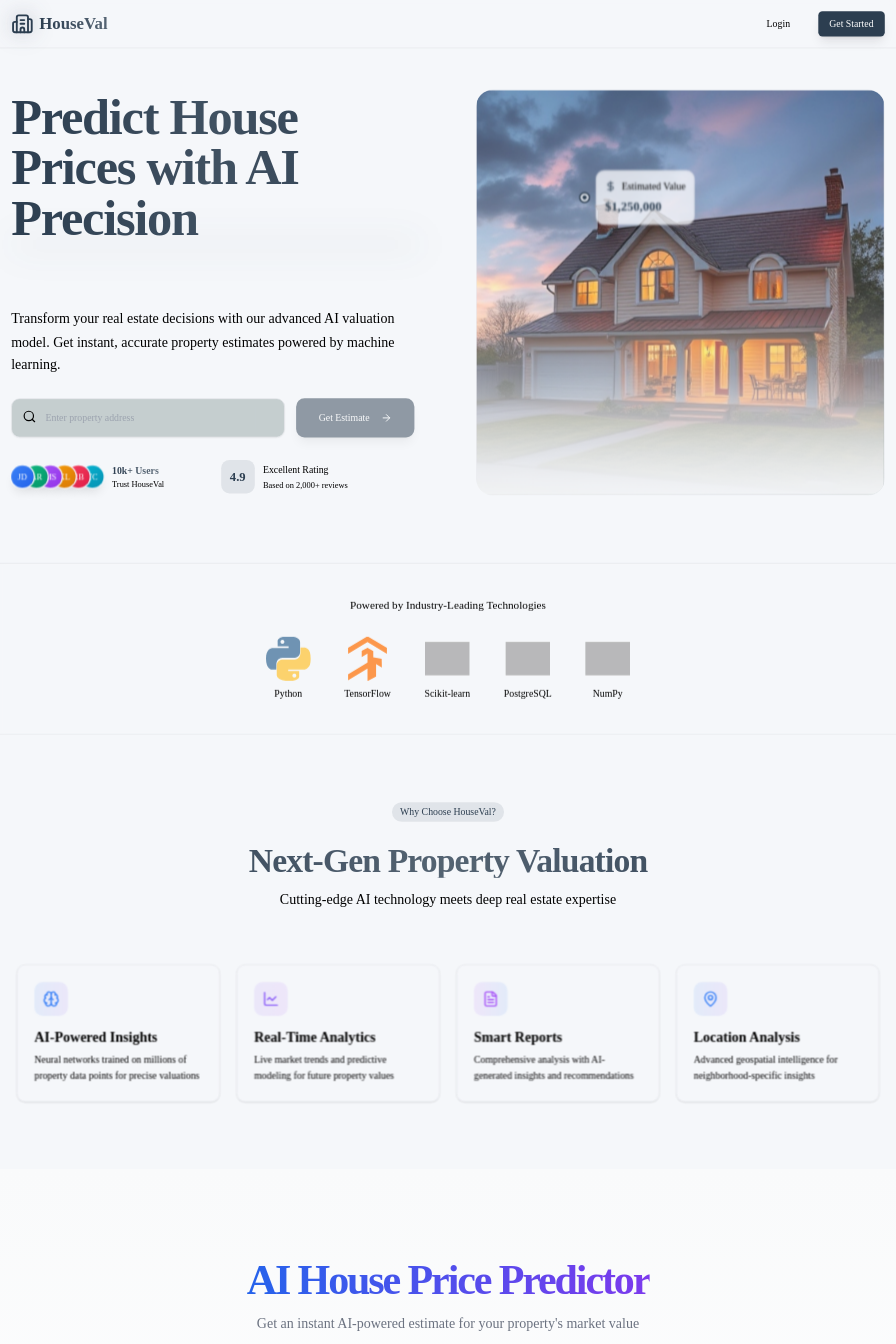
Repository: Rayyy-dev/HouseVal
Page: /
The author's editor kept a copy of each file at every save. The page is drawn from the files as they stood at one save, then again after the next save.
The browser window is 1280 px wide. The pictures show the part of the page from y = 0 to 1920 px (the page is 3364 px tall), at 70% of full size.
Pictures or frames that could not be fetched are drawn as grey boxes. The project was rebuilt for these pictures with package versions that can differ from the ones it lists, and the page was loaded fresh each time. The framework's server and built-in components were replaced by stand-ins that run in the browser. Also part of the build but not shown: next.config.ts.

Above is the page before, as saved 2025-01-16 18:48:40.

### src/app/layout.tsx
import type { Metadata } from "next";
import localFont from "next/font/local";
import "./globals.css";

const geistSans = localFont({
  src: "./fonts/GeistVF.woff",
  variable: "--font-geist-sans",
  weight: "100 900",
});
const geistMono = localFont({
  src: "./fonts/GeistMonoVF.woff",
  variable: "--font-geist-mono",
  weight: "100 900",
});

export const metadata: Metadata = {
  title: "HouseVal - AI-Powered House Price Predictions",
  description: "Get accurate property valuations using advanced machine learning",
};

export default function RootLayout({
  children,
}: Readonly<{
  children: React.ReactNode;
}>) {
  return (
    <html lang="en">
      <body
        className={`${geistSans.variable} ${geistMono.variable} antialiased`}
      >
        {children}
      </body>
    </html>
  );
}

### src/app/page.tsx
import { Header } from "@/components/landing-page/sections/header";
import { Hero } from "@/components/landing-page/sections/hero";
import { Integrations } from "@/components/landing-page/sections/integrations";
import { Benefits } from "@/components/landing-page/sections/benefits";
import { HousingPredictor } from "@/components/landing-page/housing";
import { Solution } from "@/components/landing-page/sections/solution";
import { Footer } from "@/components/landing-page/sections/footer";

export default function Home() {
  return (
    <div className="min-h-screen bg-background">
      <Header />
      <Hero />
      <Integrations />
      <Benefits />
      <HousingPredictor />
      <Solution />
      <Footer />
    </div>
  );
}

### src/components/landing-page/sections/hero.tsx
"use client";

import { Button } from "@/components/ui/button";
import { Input } from "@/components/ui/input";
import { Search, Building2, DollarSign, ArrowRight, MapPin } from "lucide-react";
import { useState, useEffect, useRef } from "react";
import { AvatarStack } from "@/components/ui/avatar-stack";
import { motion, AnimatePresence } from "framer-motion";
import Image from "next/image";

// Simple typing effect hook
const useTypingEffect = (text: string, speed: number = 50) => {
  const [displayText, setDisplayText] = useState("");
  const [isComplete, setIsComplete] = useState(false);
  const [currentIndex, setCurrentIndex] = useState(0);

  useEffect(() => {
    if (currentIndex <= text.length) {
      const timer = setTimeout(() => {
        setDisplayText(text.slice(0, currentIndex));
        setCurrentIndex(prev => prev + 1);
        if (currentIndex === text.length) {
          setIsComplete(true);
        }
      }, speed);
      return () => clearTimeout(timer);
    }
  }, [currentIndex, speed, text]);

  return { displayText, isComplete };
};

export function Hero() {
  const demoRef = useRef<HTMLDivElement>(null);
  const [address, setAddress] = useState("");
  const [isAnalyzing, setIsAnalyzing] = useState(false);
  const [animationStage, setAnimationStage] = useState<'typing' | 'analyzing' | 'scanning' | 'results'>('typing');
  const [chatStep, setChatStep] = useState(0);
  const promptText = "Hello! Please enter a property address for AI analysis...";
  const { displayText, isComplete } = useTypingEffect(
    "Hello! Please enter a property address for AI analysis...",
    50
  );

  // Animation sequence with faster timing
  useEffect(() => {
    const sequence = async () => {
      setAnimationStage('typing');
      await new Promise(resolve => setTimeout(resolve, 2000)); // Faster typing

      setAnimationStage('analyzing');
      await new Promise(resolve => setTimeout(resolve, 1500)); // Faster analyzing

      setAnimationStage('results');
      await new Promise(resolve => setTimeout(resolve, 4000)); // Show results

      sequence(); // Restart
    };

    sequence();
  }, []);

  // Handle address submission
  const handleGetEstimate = () => {
    if (!address) return;
    setIsAnalyzing(true);
    setAnimationStage('analyzing');

    // Simulate analysis time then show results
    setTimeout(() => {
      setAnimationStage('results');
      setIsAnalyzing(false);
    }, 3000); // Adjust timing as needed
  };

  // When typing is complete, don't immediately go to analyzing
  useEffect(() => {
    if (isComplete) {
      // Remove the automatic transition to analyzing
      // Let the button click trigger it instead
    }
  }, [isComplete]);

  return (
    <section className="container mx-auto px-4 pt-32 pb-24">
      <div className="grid grid-cols-1 lg:grid-cols-2 gap-20 items-center">
        {/* Left content */}
        <div className="space-y-8">
          <div className="space-y-4">
            <h1 className="text-6xl sm:text-7xl font-bold leading-[1.1] tracking-tight">
              <span className="inline-block">
                <span className="relative inline-flex items-center">
                  <span className="relative z-10 bg-gradient-to-r from-primary via-primary/90 to-primary bg-clip-text text-transparent">
                    Predict House Prices with AI Precision
                  </span>
                  <div className="absolute inset-x-0 -bottom-2 h-3 bg-primary/10 blur-xl" />
                </span>
              </span>
              <br />
              <span className="text-5xl sm:text-6xl bg-gradient-to-br from-foreground via-foreground to-foreground/90 bg-clip-text text-transparent mt-4 block animate-text-glow">
                with AI Precision
              </span>
            </h1>
            <p className="text-xl text-muted-foreground/90 leading-relaxed max-w-2xl">
              Transform your real estate decisions with our advanced AI valuation model.
              Get instant, accurate property estimates powered by machine learning.
            </p>
          </div>

          <div className="flex flex-col sm:flex-row gap-4 max-w-xl">
            <div className="relative flex-1">
              <Search className="absolute left-4 top-4 h-5 w-5 text-muted-foreground" />
              <Input
                value={address}
                onChange={(e) => setAddress(e.target.value)}
                placeholder="Enter property address"
                className="pl-12 h-14 text-base rounded-xl border-border/50 bg-muted/50 hover:bg-muted/80 transition-colors"
              />
              {isAnalyzing && (
                <div className="absolute right-4 top-4">
                  <div className="h-5 w-5 rounded-full border-2 border-primary border-r-transparent animate-spin" />
                </div>
              )}
            </div>
            <Button
              size="lg"
              className="h-14 px-8 rounded-xl bg-primary hover:bg-primary/90 transition-all duration-300 shadow-lg hover:shadow-primary/25 group"
              onClick={handleGetEstimate}
              disabled={isAnalyzing || !address}
            >
              Get Estimate
              <ArrowRight className="ml-2 h-4 w-4 transition-transform group-hover:translate-x-1" />
            </Button>
          </div>

          <div className="flex items-center gap-10">
            <AvatarStack />
            <div className="h-12 w-px bg-border/50" />
            <div className="flex items-center gap-3">
              <div className="relative">
                <div className="w-12 h-12 rounded-xl bg-primary/10 flex items-center justify-center">
                  <span className="text-primary font-bold text-lg">4.9</span>
                </div>
              </div>
              <div className="space-y-1">
                <div className="font-medium text-sm">Excellent Rating</div>
                <div className="text-xs text-muted-foreground">Based on 2,000+ reviews</div>
              </div>
            </div>
          </div>
        </div>

        {/* Right side - Demo Animation */}
        <div ref={demoRef} className="relative h-[580px] rounded-3xl overflow-hidden">
          <div className="absolute inset-0 bg-gradient-to-br from-background via-background/95 to-muted/90 backdrop-blur-xl border border-border/50">
            <AnimatePresence mode="wait">
              {animationStage === 'typing' && (
                <motion.div
                  initial={{ opacity: 0 }}
                  animate={{ opacity: 1 }}
                  exit={{ opacity: 0 }}
                  transition={{ duration: 0.5 }}
                  className="absolute inset-0 flex items-center justify-center"
                >
                  <div className="w-full max-w-md px-4">
                    <div className="relative">
                      <Search className="absolute left-4 top-1/2 -translate-y-1/2 h-5 w-5 text-muted-foreground" />
                      <div className="w-full pl-12 pr-4 py-3 text-base rounded-xl border border-border/50 bg-background shadow-lg">
                        {displayText}
                        <span className="inline-block w-0.5 h-5 bg-primary animate-pulse ml-0.5 align-middle">
                          &nbsp;
                        </span>
                      </div>
                    </div>
                  </div>
                </motion.div>
              )}

              {animationStage === 'analyzing' && (
                <motion.div
                  initial={{ opacity: 0, y: 20 }}
                  animate={{ opacity: 1, y: 0 }}
                  exit={{ opacity: 0 }}
                  transition={{ duration: 0.5 }}
                  className="absolute inset-0 flex items-center justify-center"
                >
                  <div className="w-full max-w-md space-y-6">
                    <div className="flex flex-col items-center gap-4 bg-background/40 backdrop-blur-2xl rounded-2xl p-8 shadow-lg border border-border/30">
                      <div className="relative">
                        <div className="absolute inset-0 bg-primary/20 rounded-full blur-2xl animate-pulse" />
                        <div className="relative h-16 w-16 rounded-full border-2 border-primary flex items-center justify-center">
                          <div className="h-10 w-10 rounded-full border-2 border-primary border-dashed animate-spin-slow" />
                        </div>
                      </div>
                      <div className="space-y-3 text-center">
                        <div className="flex items-center gap-2 justify-center">
                          <div className="h-1.5 w-1.5 rounded-full bg-primary animate-pulse" />
                          <motion.span
                            initial={{ opacity: 0 }}
                            animate={{ opacity: 1 }}
                            className="font-medium bg-gradient-to-r from-primary to-primary/80 bg-clip-text text-transparent relative"
                          >
                            <motion.span
                              initial={{ width: "0%" }}
                              animate={{ width: "100%" }}
                              transition={{
                                duration: 2,
                                ease: "linear",
                                repeat: Infinity
                              }}
                              className="absolute inset-0 bg-gradient-to-r from-transparent via-primary/20 to-transparent"
                            />
                            AI Analysis in Progress
                          </motion.span>
                          <div className="h-1.5 w-1.5 rounded-full bg-primary animate-pulse delay-100" />
                        </div>
                        <div className="flex flex-col gap-2">
                          <div className="text-sm text-muted-foreground/80">
                            Processing property characteristics...
                          </div>
                          <div className="h-1.5 w-full bg-primary/10 rounded-full overflow-hidden">
                            <div className="h-full w-full bg-primary animate-progress origin-left" />
                          </div>
                        </div>
                      </div>
                    </div>
                  </div>
                </motion.div>
              )}

              {animationStage === 'results' && (
                <div className="demo-house animate-fade-in">
                  <div className="absolute inset-0 bg-gradient-to-t from-background/90 via-background/20 to-transparent z-10" />
                  <Image
                    src="/f36168bb-cc3e-43da-8912-f5379ce8139f.jpeg"
                    alt="Modern suburban house at twilight"
                    fill
                    priority
                    className="object-cover rounded-2xl"
                    sizes="(max-width: 768px) 100vw, 50vw"
                    quality={95}
                  />

                  {/* Scanning Effect First */}
                  <div className="absolute inset-0 pointer-events-none z-20">
                    <div className="absolute left-0 right-0 h-[2px] bg-gradient-to-r from-transparent via-primary to-transparent blur-sm animate-scan-once" />
                  </div>

                  {/* Smart AI Analysis Markers */}
                  <div className="absolute inset-0 z-20">
                    {/* Price Estimation Marker */}
                    <div className="absolute top-1/4 left-1/4 animate-marker-reveal delay-[1000ms]">
                      <div className="relative">
                        <div className="absolute -inset-2 bg-primary/20 rounded-full blur-xl animate-pulse" />
                        <div className="h-4 w-4 rounded-full bg-background/80 backdrop-blur-sm border-2 border-primary flex items-center justify-center">
                          <div className="h-1.5 w-1.5 rounded-full bg-primary" />
                        </div>
                        <div className="absolute left-6 top-1/2 -translate-y-1/2">
                          <motion.div
                            initial={{ opacity: 0, x: -20 }}
                            animate={{ opacity: 1, x: 0 }}
                            transition={{ delay: 2.4 }}
                            className="bg-background/80 backdrop-blur-xl rounded-xl p-3 shadow-2xl border border-border/50 whitespace-nowrap"
                          >
                            <div className="flex items-center gap-2 mb-1">
                              <DollarSign className="h-4 w-4 text-primary" />
                              <p className="text-sm font-medium text-foreground/70">Estimated Value</p>
                            </div>
                            <p className="text-lg font-bold text-primary">$1,250,000</p>
                          </motion.div>
                        </div>
                      </div>
                    </div>

                    {/* Property Size Marker */}
                    <div className="absolute bottom-1/3 right-1/4 animate-marker-reveal delay-[1200ms]">
                      {/* Similar structure as price marker */}
                    </div>

                    {/* Confidence Score Marker */}
                    <div className="absolute top-1/3 right-1/3 animate-marker-reveal delay-[1400ms]">
                      {/* Similar structure as price marker */}
                    </div>
                  </div>
                </div>
              )}
            </AnimatePresence>
          </div>
        </div>
      </div>
    </section>
  );
}

Loaded but not shown: src/lib/utils.ts (common file); src/app/globals.css (956 lines, source omitted); src/components/landing-page/housing/index.tsx (281 lines, source omitted); src/components/landing-page/sections/benefits.tsx (135 lines, source omitted); src/components/landing-page/sections/solution.tsx (61 lines, source omitted); src/components/ui/button.tsx (57 lines, source omitted); src/components/landing-page/housing/lib/report-generator.ts (66 lines, source omitted); src/components/ui/card.tsx (76 lines, source omitted); src/components/landing-page/sections/integrations.tsx (57 lines, source omitted); src/components/landing-page/sections/header.tsx (38 lines, source omitted); src/components/landing-page/sections/footer.tsx (51 lines, source omitted); src/components/ui/avatar-stack.tsx (47 lines, source omitted); tailwind.config.ts (59 lines, source omitted); src/components/landing-page/housing/data/locations.ts (29 lines, source omitted); src/components/ui/input.tsx (22 lines, source omitted)

After the next save:
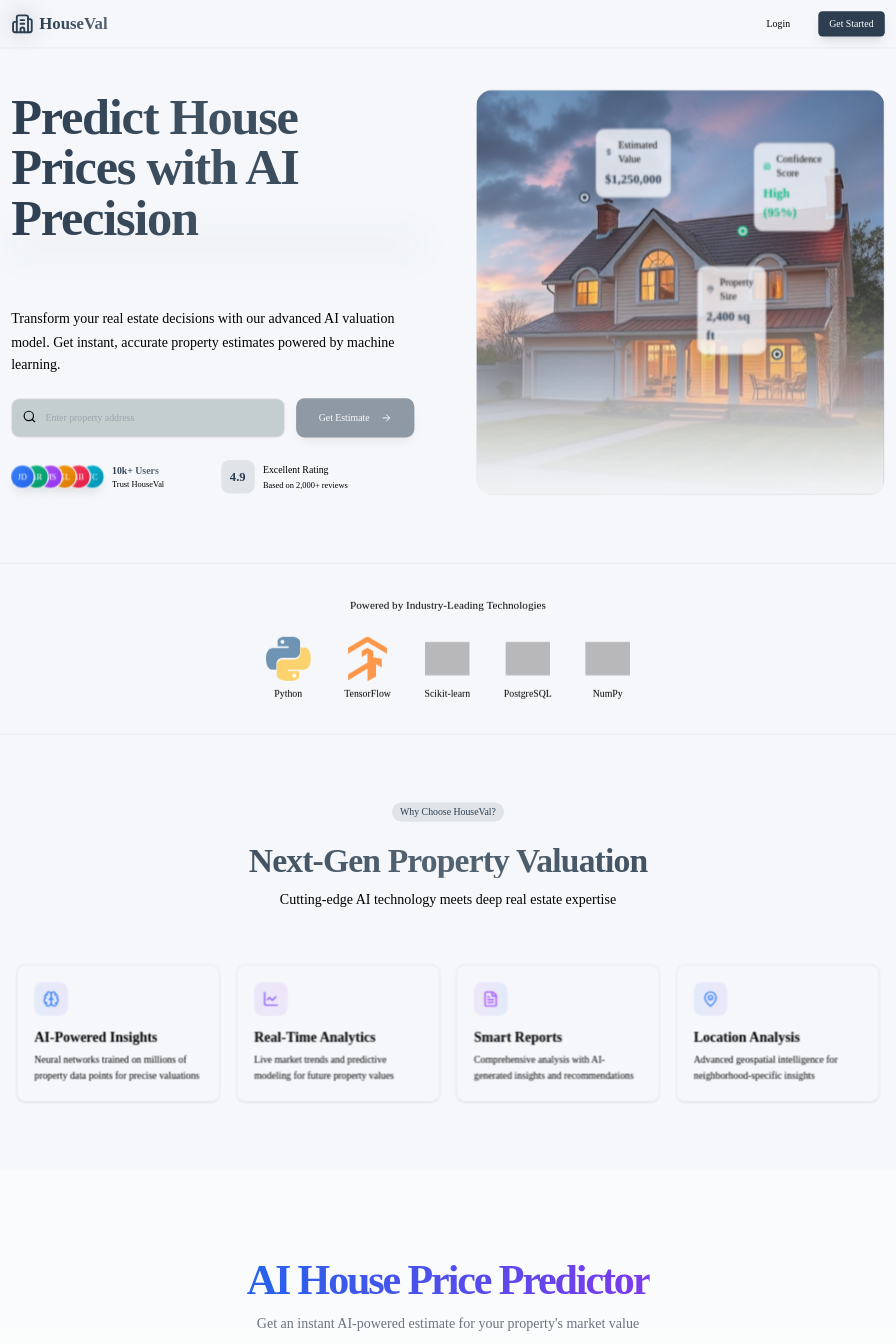
Saved 23 s later.
--- a/src/components/landing-page/sections/hero.tsx
+++ b/src/components/landing-page/sections/hero.tsx
@@ -233,53 +233,80 @@
                   <div className="absolute inset-0 bg-gradient-to-t from-background/90 via-background/20 to-transparent z-10" />
                   <Image
                     src="/f36168bb-cc3e-43da-8912-f5379ce8139f.jpeg"
-                    alt="Modern suburban house at twilight"
+                    alt="Modern suburban house"
                     fill
                     priority
                     className="object-cover rounded-2xl"
-                    sizes="(max-width: 768px) 100vw, 50vw"
-                    quality={95}
                   />
 
-                  {/* Scanning Effect First */}
+                  {/* Scanning Effect */}
                   <div className="absolute inset-0 pointer-events-none z-20">
                     <div className="absolute left-0 right-0 h-[2px] bg-gradient-to-r from-transparent via-primary to-transparent blur-sm animate-scan-once" />
                   </div>
 
-                  {/* Smart AI Analysis Markers */}
+                  {/* Markers */}
                   <div className="absolute inset-0 z-20">
-                    {/* Price Estimation Marker */}
-                    <div className="absolute top-1/4 left-1/4 animate-marker-reveal delay-[1000ms]">
+                    {/* Price Marker */}
+                    <div className="absolute top-1/4 left-1/4 animate-marker-reveal" style={{ animationDelay: '1s' }}>
                       <div className="relative">
                         <div className="absolute -inset-2 bg-primary/20 rounded-full blur-xl animate-pulse" />
                         <div className="h-4 w-4 rounded-full bg-background/80 backdrop-blur-sm border-2 border-primary flex items-center justify-center">
                           <div className="h-1.5 w-1.5 rounded-full bg-primary" />
                         </div>
                         <div className="absolute left-6 top-1/2 -translate-y-1/2">
-                          <motion.div
-                            initial={{ opacity: 0, x: -20 }}
-                            animate={{ opacity: 1, x: 0 }}
-                            transition={{ delay: 2.4 }}
-                            className="bg-background/80 backdrop-blur-xl rounded-xl p-3 shadow-2xl border border-border/50 whitespace-nowrap"
-                          >
-                            <div className="flex items-center gap-2 mb-1">
-                              <DollarSign className="h-4 w-4 text-primary" />
-                              <p className="text-sm font-medium text-foreground/70">Estimated Value</p>
+                          <div className="animate-card-reveal" style={{ animationDelay: '1.2s' }}>
+                            <div className="bg-background/80 backdrop-blur-xl rounded-xl p-3 shadow-2xl border border-border/50">
+                              <div className="flex items-center gap-2 mb-1">
+                                <DollarSign className="h-4 w-4 text-primary" />
+                                <p className="text-sm font-medium">Estimated Value</p>
+                              </div>
+                              <p className="text-lg font-bold text-primary">$1,250,000</p>
                             </div>
-                            <p className="text-lg font-bold text-primary">$1,250,000</p>
-                          </motion.div>
-                        </div>
-                      </div>
-                    </div>
-
-                    {/* Property Size Marker */}
-                    <div className="absolute bottom-1/3 right-1/4 animate-marker-reveal delay-[1200ms]">
-                      {/* Similar structure as price marker */}
-                    </div>
-
-                    {/* Confidence Score Marker */}
-                    <div className="absolute top-1/3 right-1/3 animate-marker-reveal delay-[1400ms]">
-                      {/* Similar structure as price marker */}
+                          </div>
+                        </div>
+                      </div>
+                    </div>
+
+                    {/* Size Marker */}
+                    <div className="absolute bottom-1/3 right-1/4 animate-marker-reveal" style={{ animationDelay: '1.3s' }}>
+                      <div className="relative">
+                        <div className="absolute -inset-2 bg-primary/20 rounded-full blur-xl animate-pulse" />
+                        <div className="h-4 w-4 rounded-full bg-background/80 backdrop-blur-sm border-2 border-primary flex items-center justify-center">
+                          <div className="h-1.5 w-1.5 rounded-full bg-primary" />
+                        </div>
+                        <div className="absolute right-6 top-1/2 -translate-y-1/2">
+                          <div className="animate-card-reveal" style={{ animationDelay: '1.5s' }}>
+                            <div className="bg-background/80 backdrop-blur-xl rounded-xl p-3 shadow-2xl border border-border/50">
+                              <div className="flex items-center gap-2 mb-1">
+                                <MapPin className="h-4 w-4 text-primary" />
+                                <p className="text-sm font-medium">Property Size</p>
+                              </div>
+                              <p className="text-lg font-bold text-primary">2,400 sq ft</p>
+                            </div>
+                          </div>
+                        </div>
+                      </div>
+                    </div>
+
+                    {/* Confidence Marker */}
+                    <div className="absolute top-1/3 right-1/3 animate-marker-reveal" style={{ animationDelay: '1.6s' }}>
+                      <div className="relative">
+                        <div className="absolute -inset-2 bg-emerald-500/20 rounded-full blur-xl animate-pulse" />
+                        <div className="h-4 w-4 rounded-full bg-background/80 backdrop-blur-sm border-2 border-emerald-500 flex items-center justify-center">
+                          <div className="h-1.5 w-1.5 rounded-full bg-emerald-500" />
+                        </div>
+                        <div className="absolute left-6 top-1/2 -translate-y-1/2">
+                          <div className="animate-card-reveal" style={{ animationDelay: '1.8s' }}>
+                            <div className="bg-background/80 backdrop-blur-xl rounded-xl p-3 shadow-2xl border border-border/50">
+                              <div className="flex items-center gap-2 mb-1">
+                                <Building2 className="h-4 w-4 text-emerald-500" />
+                                <p className="text-sm font-medium">Confidence Score</p>
+                              </div>
+                              <p className="text-lg font-bold text-emerald-500">High (95%)</p>
+                            </div>
+                          </div>
+                        </div>
+                      </div>
                     </div>
                   </div>
                 </div>
